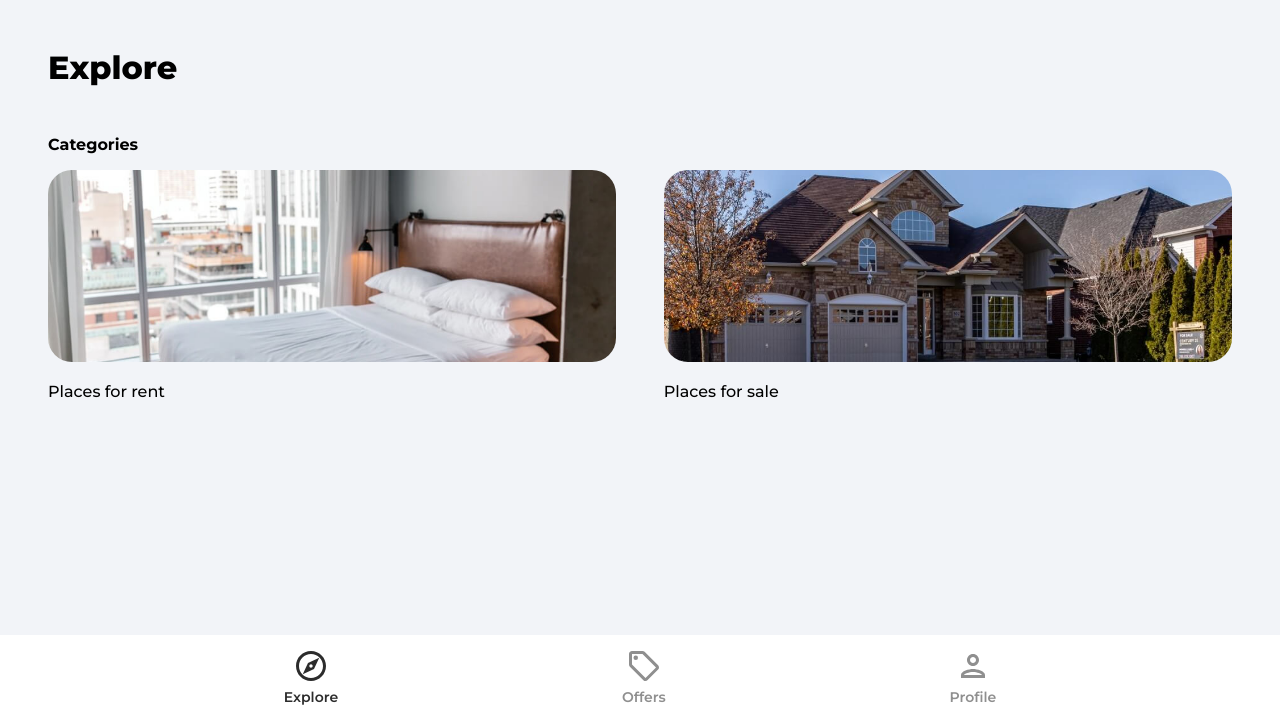
Repository: harvir619/Real-Estate-Market-App
Page: /
An editor plug-in stored every save of this project. The page is shown before and after the next save, followed by the edit.
The browser window is 1280 px wide. The pictures show the whole page.
The page's requests for data from a server got no answer. Some web libraries are served in a nearby version. The project was rebuilt for these pictures with package versions that can differ from the ones it lists, and the page was loaded fresh each time. No one was signed in, and anything a server would have sent is missing. Also part of the build but not shown: vite.config.js, src/firebase.config.js, src/pages/Profile.jsx, src/pages/ForgotPassword.jsx, src/components/Spinner.jsx, src/components/ListingItem.jsx, src/pages/Offers.jsx, src/components/OAuth.jsx and 8 more.

Above is the page before, as saved 2023-06-30 17:07:45.

### index.html
<!DOCTYPE html>
<html lang="en">
  <head>
    <meta charset="UTF-8" />
    <link rel="icon" type="image/svg+xml" href="/public/favicon.ico" />
    <meta name="viewport" content="width=device-width, initial-scale=1.0" />
    <link rel="stylesheet" href="https://unpkg.com/leaflet@1.7.1/dist/leaflet.css" integrity="sha512-xodZBNTC5n17Xt2atTPuE1HxjVMSvLVW9ocqUKLsCC5CXdbqCmblAshOMAS6/keqq/sMZMZ19scR4PsZChSR7A==" crossorigin="" />
    <script src="https://cdn.jsdelivr.net/npm/swiper@9/swiper-element-bundle.min.js"></script>
    <title>Real Estate Marketplace</title>
  </head>
  <body>
    <div id="root"></div>
    <script type="module" src="/src/main.jsx"></script>
  </body>
</html>

### src/App.jsx
import { BrowserRouter as Router, Routes, Route } from 'react-router-dom'
import Explore from './pages/Explore'
import Profile from './pages/Profile'
import ForgotPassword from './pages/ForgotPassword'
import Offers from './pages/Offers'
import SignIn from './pages/SignIn'
import SignUp from './pages/SignUp'
import Navbar from './components/Navbar'
import { ToastContainer } from 'react-toastify'
import 'react-toastify/dist/ReactToastify.css'
import PrivateRoute from './components/PrivateRoute'
import Category from './pages/Category'
import CreateListing from './pages/CreateListing'
import Listing from './pages/Listing'
import Contact from './pages/Contact'

function App() {

  return (
    <>
      <Router>
        <Routes>
          <Route path="/" element={<Explore />} />
          <Route path="/profile" element={<PrivateRoute />}>
            <Route path='/profile' element={<Profile/>} />
          </Route>
          <Route path='/forgot-password' element={<ForgotPassword/>} />
          <Route path='/offers' element={<Offers />} />
          <Route path= '/category/:categoryName' element={<Category/>} />
          <Route path='/category/:categoryName/:listingId' element={<Listing />} />
          <Route path ='/contact/:landlordId' element={<Contact/>} />
          <Route path='/sign-in' element={<SignIn />} />
          <Route path='/sign-up' element={<SignUp />} />
          <Route path='/create-listing' element={<CreateListing />} />
        </Routes>
        {<Navbar/>}
      </Router>
      <ToastContainer/>
    </>
  )
}

export default App

### src/pages/Explore.jsx
import { Link } from 'react-router-dom'
import rentCategoryImage from '../assets/jpg/rentCategoryImage.jpg'
import sellCategoryImage from '../assets/jpg/sellCategoryImage.jpg'

function Explore() {
  return (
    <div className='explore'>
      <header>
        <p className="pageHeader">Explore</p>
      </header>

      <main>
        {/* Sider */}

        <p className="exploreCategoryHeading">Categories</p>
        <div className="exploreCategories">
          <Link to='/category/rent'>
            <img src={rentCategoryImage} alt="rent" className='exploreCategoryImg' />
          <p className='exploreCategoryName'>Places for rent</p>
          </Link>
          <Link to='/category/sale'>
            <img src={sellCategoryImage} alt="sale" className='exploreCategoryImg' />
          <p className='exploreCategoryName'>Places for sale</p>
          </Link>
        </div>

      </main>

    </div>
  )
}

export default Explore

### src/components/Navbar.jsx
import React from 'react'
import { useNavigate, useLocation } from 'react-router-dom'
import { ReactComponent as OfferIcon } from '../assets/svg/localOfferIcon.svg'
import {ReactComponent as ExploreIcon} from '../assets/svg/exploreIcon.svg'
import {ReactComponent as PersonOutlineIcon} from '../assets/svg/personOutlineIcon.svg'


function Navbar() {
    const navigate = useNavigate()
    const location = useLocation()

    const pathMatchRoute = (route) => {
        if (route === location.pathname) {
            return true;
        }
    }

  return (
      <footer className="navbar">
          <nav className="navbarNav">
              <ul className="navbarListItems">
                  <li className="navbarListItem" onClick={() => navigate('/')}>
                      <ExploreIcon fill={pathMatchRoute('/')?'#2c2c2c':'#8f8f8f'}
                        //   className="navbarIcon"
                          width='36px' height='36px' />
                      <p className={pathMatchRoute('/')?'navbarListItemNameActive':'navbarListItemName'}>Explore</p>
                  </li>
                  <li className="navbarListItem" onClick={()=>navigate('/offers')}>
                      <OfferIcon fill={pathMatchRoute('/offers')?'#2c2c2c':'#8f8f8f'}
                        //   className="navbarIcon"
                          width='36px' height='36px' />
                      <p className={pathMatchRoute('/offers')?'navbarListItemNameActive':'navbarListItemName'}>Offers</p>
                  </li>
                  <li className="navbarListItem" onClick={()=>navigate('/profile')}>
                      <PersonOutlineIcon fill={pathMatchRoute('/profile')?'#2c2c2c':'#8f8f8f'}
                        //   className="navbarIcon"
                          width='36px' height='36px' />
                      <p className={pathMatchRoute('/profile')?'navbarListItemNameActive':'navbarListItemName'}>Profile</p>
                  </li>

              </ul>
          </nav>
      </footer>
  )
}

export default Navbar

Loaded but not shown: src/main.jsx (common file); src/index.css (common file)

After the next save:
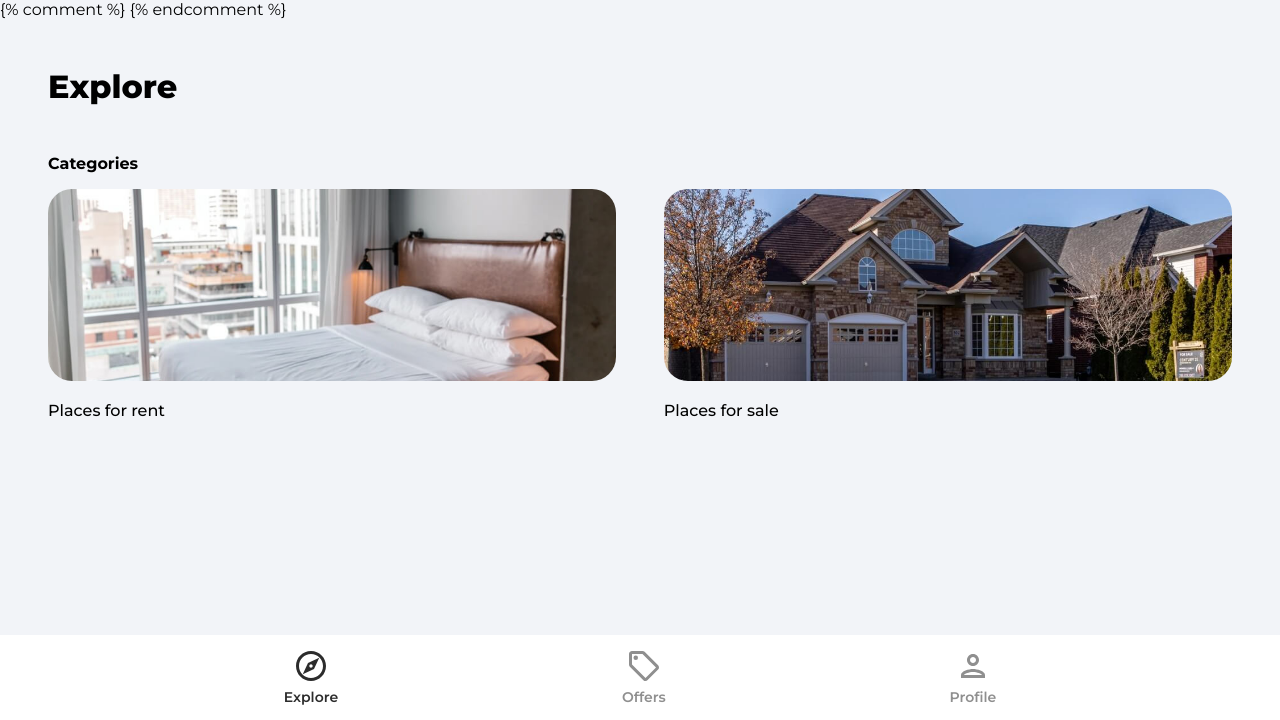
Saved 4 min 28 s later.
--- a/index.html
+++ b/index.html
@@ -5,7 +5,7 @@
     <link rel="icon" type="image/svg+xml" href="/public/favicon.ico" />
     <meta name="viewport" content="width=device-width, initial-scale=1.0" />
     <link rel="stylesheet" href="https://unpkg.com/leaflet@1.7.1/dist/leaflet.css" integrity="sha512-xodZBNTC5n17Xt2atTPuE1HxjVMSvLVW9ocqUKLsCC5CXdbqCmblAshOMAS6/keqq/sMZMZ19scR4PsZChSR7A==" crossorigin="" />
-    <script src="https://cdn.jsdelivr.net/npm/swiper@9/swiper-element-bundle.min.js"></script>
+    {% comment %} <script src="https://cdn.jsdelivr.net/npm/swiper@9/swiper-element-bundle.min.js"></script> {% endcomment %}
     <title>Real Estate Marketplace</title>
   </head>
   <body>

After the save that followed:
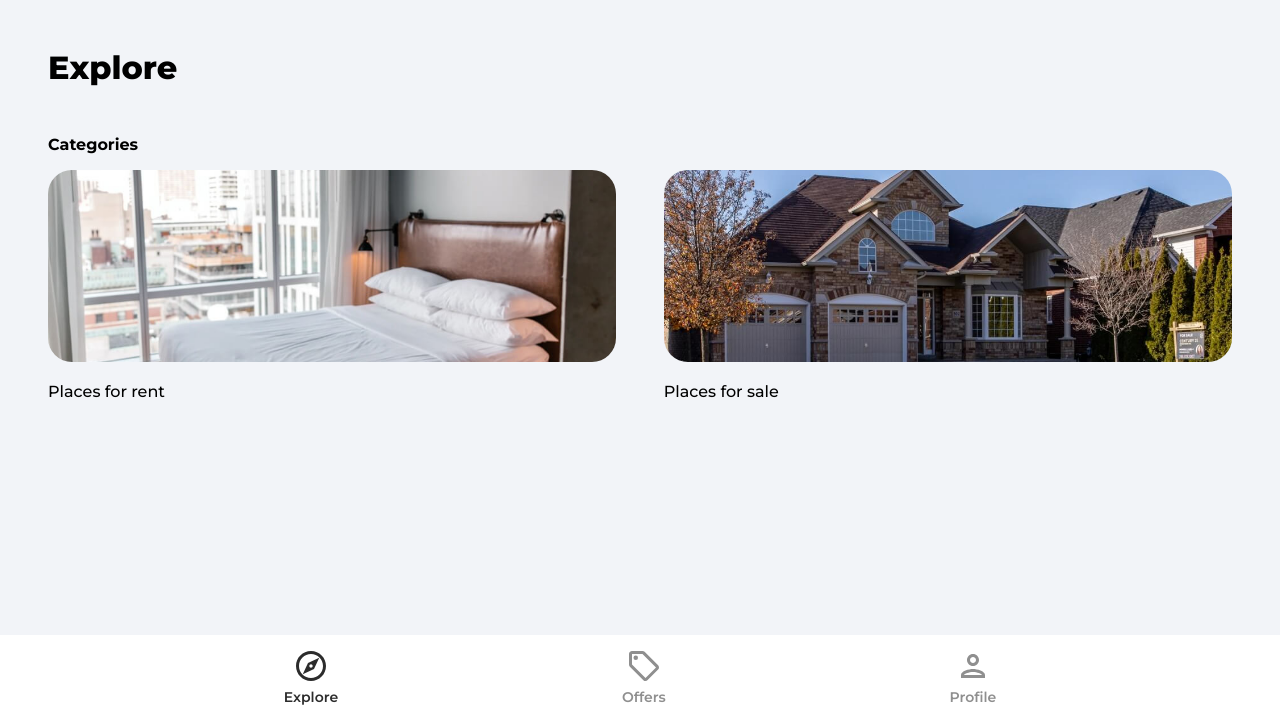
Saved 7 s later.
--- a/index.html
+++ b/index.html
@@ -5,7 +5,7 @@
     <link rel="icon" type="image/svg+xml" href="/public/favicon.ico" />
     <meta name="viewport" content="width=device-width, initial-scale=1.0" />
     <link rel="stylesheet" href="https://unpkg.com/leaflet@1.7.1/dist/leaflet.css" integrity="sha512-xodZBNTC5n17Xt2atTPuE1HxjVMSvLVW9ocqUKLsCC5CXdbqCmblAshOMAS6/keqq/sMZMZ19scR4PsZChSR7A==" crossorigin="" />
-    {% comment %} <script src="https://cdn.jsdelivr.net/npm/swiper@9/swiper-element-bundle.min.js"></script> {% endcomment %}
+    <script src="https://cdn.jsdelivr.net/npm/swiper@9/swiper-element-bundle.min.js"></script>
     <title>Real Estate Marketplace</title>
   </head>
   <body>
